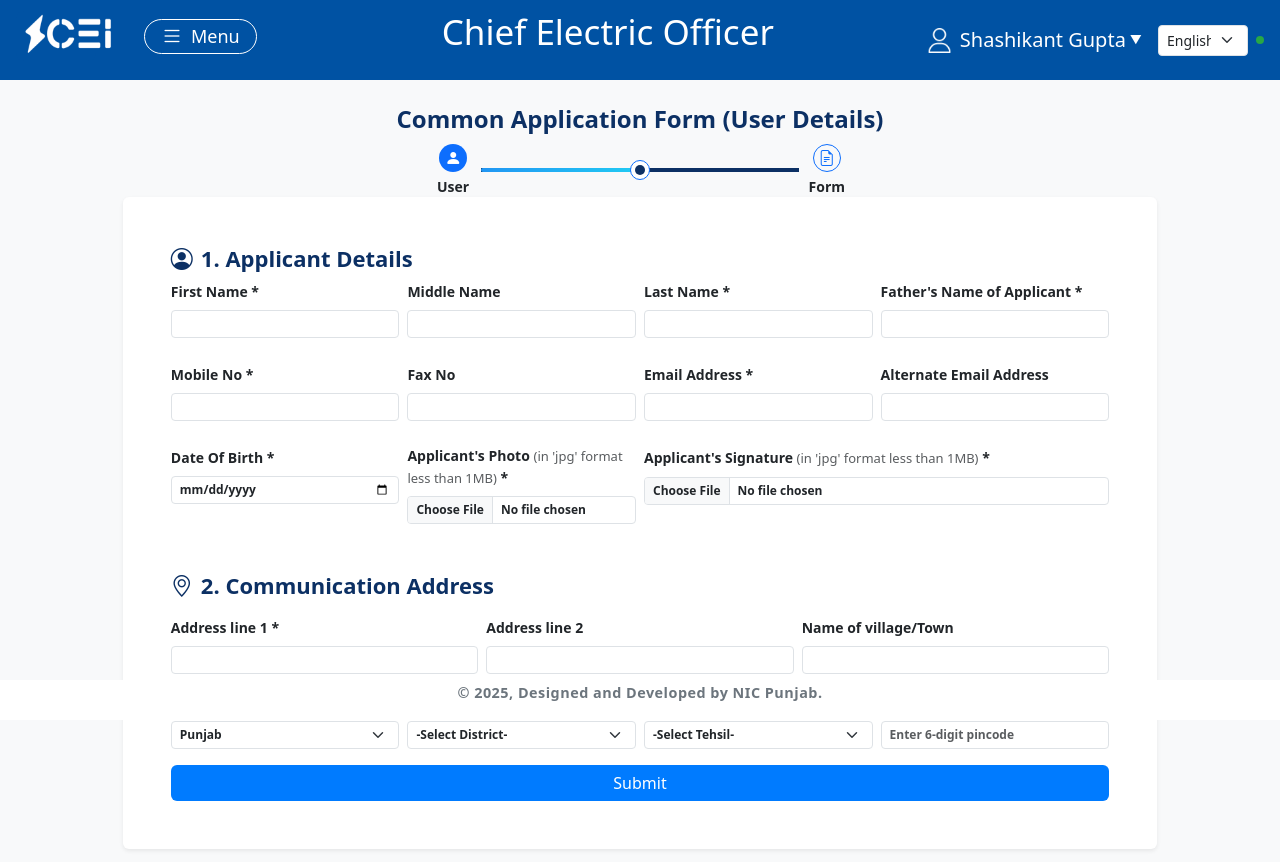
Repository: shashikantdev93-gif/CEI-sept
Page: /RegisterationForm
An editor plug-in stored every save of this project. The page is shown before and after a run of saves, followed by the edit.
The browser window is 1280 px wide. The pictures show the whole page.
The page's requests for data from a server got no answer. The project was rebuilt for these pictures with package versions that can differ from the ones it lists, and the page was loaded fresh each time. No one was signed in, and anything a server would have sent is missing. Also part of the build but not shown: vite.config.ts, src/styles/sidebar-zoom.css, src/components/PageComponent/Sidebar.tsx, src/components/PageComponent/Header2.tsx, src/components/PageComponent/PageHeader.tsx, src/components/Illustration/Illustration.tsx, src/components/CardContainer/CardContainer.tsx, src/hooks/useFormValidation.ts and 8 more. Imported but missing from the stored project, and not drawn on this page: src/components/ui.

Above is the page before, as saved 2025-07-28 08:44:16.

After the next 3 saves:
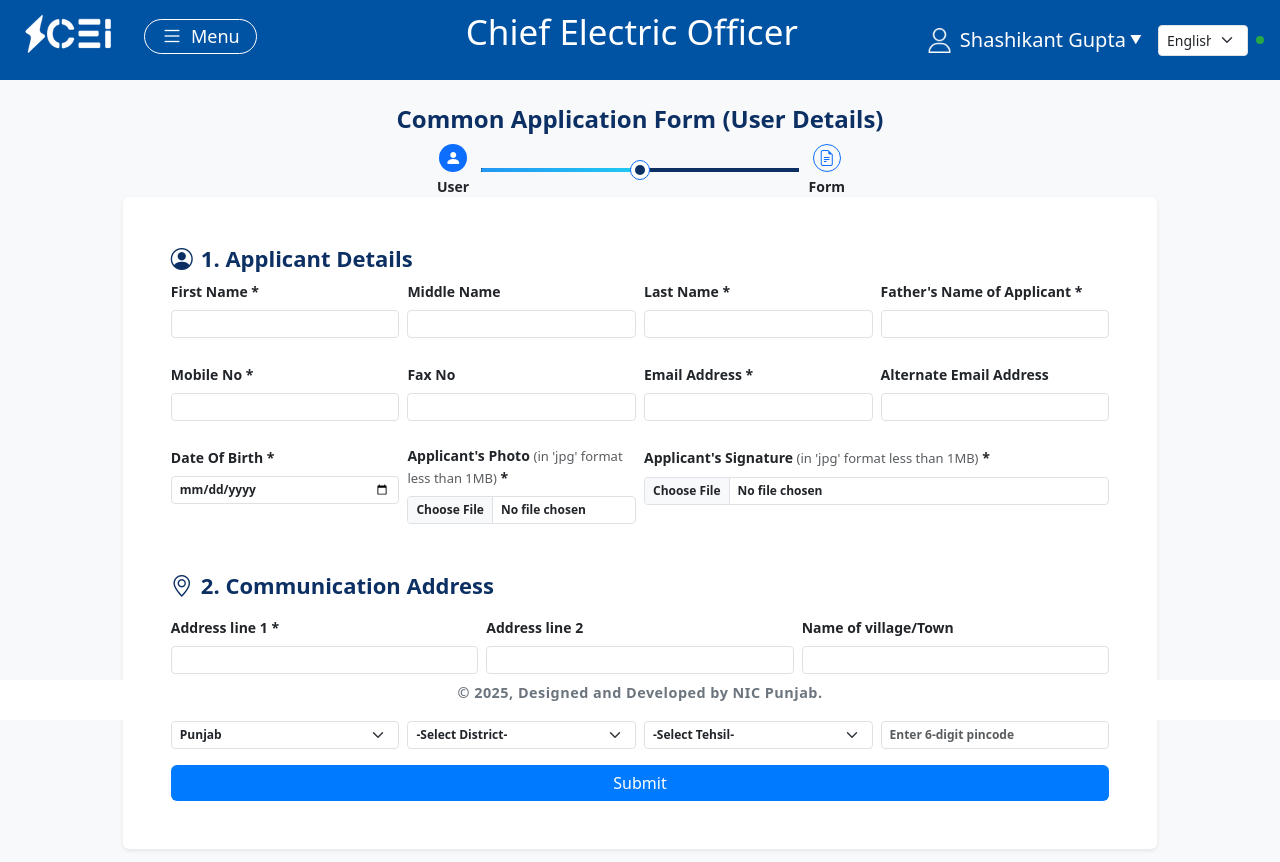
The 3 saves are shown as one change because they came seconds apart.
The last was saved 12 s later.
--- a/src/components/PageComponent/Header1.tsx
+++ b/src/components/PageComponent/Header1.tsx
@@ -72,7 +72,7 @@
 
         {/* Center: Title */}
         <div className="flex-grow-1 ms-5">
-             <div className="title-box me-3 fw-bold" >
+             <div className="title-box me-3 ms-5 fw-bold" >
                   <h4 style={{ color: '#fff', fontSize: "35px", height: "50px", }}>Chief Electric Officer</h4>
                 </div>
         </div>
